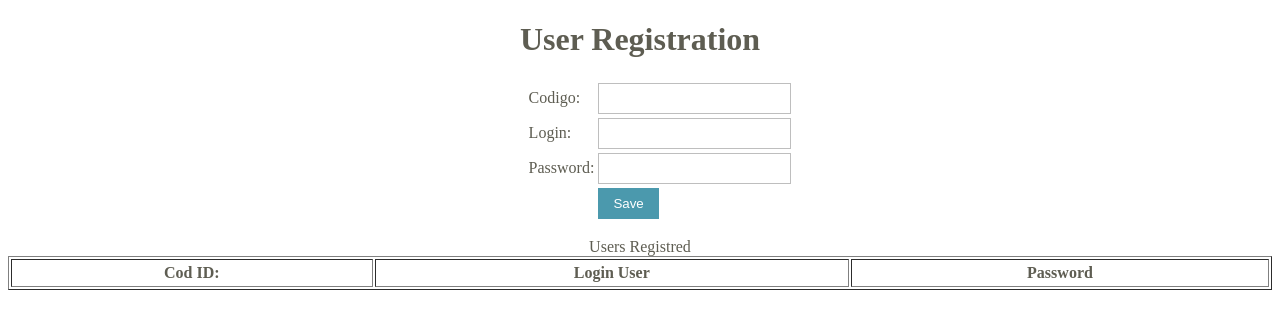
Repository: ViniciusBeletella/project-jsp
Page: http://localhost/project-jsp/userRegistration.jsp
The author's editor kept a copy of each file at every save. The page is drawn from the files as they stood at one save, then again after the next save.
The browser window is 1280 px wide. The pictures show the whole page.
The page is served by Tomcat 9. Other server files are loaded and not shown.

Above is the page before, as saved 2019-12-20 23:42:15.

### project-jsp/WebContent/userRegistration.jsp
<%@ page language="java" contentType="text/html; charset=UTF-8"
	pageEncoding="UTF-8"%>
<%@ taglib uri="http://java.sun.com/jsp/jstl/core" prefix="c"%>
<!DOCTYPE html>
<html>
<head>
<meta charset="UTF-8">
<title>User Registration</title>
<link rel="stylesheet" href="resources/css/registration.css">
</head>
<body>

	<center>
		<h1>User Registration</h1>
	</center>
	</tr>
	<tr></tr>
	<tr>
		<center>
			<form action="saveUser" method="post">
				<ul class="form-style-1">
					<li>
						<table>
							<tr>
								<td>Codigo:</td>
								<td><input type="text" readonly="readonly" id="id"
									name="id" value="${user.id}"></td>
							</tr>
							<tr>
								<td>Login:</td>
								<td><input type="text" id="login" name="login"
									value="${user.login}"></td>
							</tr>

							<tr>
								<td>Password:</td>
								<td><input type="password" id="password" name="password"
									value="${user.password}"></td>
							</tr>
							<tr>
								<td></td>
								<td><input type="submit" value="Save"></td>
							</tr>
						</table>
					</li>
				</ul>
			</form>
		</center>

		<table border="1" width="100%" height="100%" cellpadding="4">
				<caption>Users Registred</caption>
				<tr>
				<th>Cod ID:</th>
				<th>Login User</th>
				<th>Password</th>
			</tr>
			<c:forEach items="${users}" var="userL">
				<tr>
					<td style="width: 150px"><c:out value="${userL.id}"></c:out></td>
					<td style="width: 150px"><c:out value="${userL.login}"></c:out></td>
					<td style="width: 150px"><c:out value="${userL.password}"></c:out></td>
					<td><c:out value="${user.password}"></c:out></td>
					<td><a href="saveUser?acao=delete&user=${userL.login}">Delete</a>
					</td>
					<td><a href="saveUser?acao=edit&user=${userL.login}">Edit</a></td>

				</tr>

			</c:forEach>
		</table>

</body>
</html>

### project-jsp/WebContent/resources/css/registration.css

<style type="text/css">
.form-style-1 {
	margin:10px auto;
	max-width: 400px;
	text-align:center;
	padding: 20px 12px 10px 20px;
	font: 13px "Lucida Sans Unicode", "Lucida Grande", sans-serif;
}
.form-style-1 li {
	padding: 0;
	display: block;
	list-style: none;
	margin: 10px 0 0 0;
}
.form-style-1 label{
	margin:0 0 3px 0;
	padding:0px;
	text-align:center;
	display:block;
	font-weight: bold;
}
.form-style-1 input[type=text],
.form-style-1 input[type=password],
.form-style-1 input[type=date],
.form-style-1 input[type=datetime],
.form-style-1 input[type=number],
.form-style-1 input[type=search],
.form-style-1 input[type=time],
.form-style-1 input[type=url],
.form-style-1 input[type=email],
textarea,
select{
	box-sizing: border-box;
	-webkit-box-sizing: border-box;
	-moz-box-sizing: border-box;
	border:1px solid #BEBEBE;
	padding: 7px;
	margin:0px;
	-webkit-transition: all 0.30s ease-in-out;
	-moz-transition: all 0.30s ease-in-out;
	-ms-transition: all 0.30s ease-in-out;
	-o-transition: all 0.30s ease-in-out;
	outline: none;
}
.form-style-1 input[type=text]:focus,
.form-style-1 input[type=password]:focus,
.form-style-1 input[type=date]:focus,
.form-style-1 input[type=datetime]:focus,
.form-style-1 input[type=number]:focus,
.form-style-1 input[type=search]:focus,
.form-style-1 input[type=time]:focus,
.form-style-1 input[type=url]:focus,
.form-style-1 input[type=email]:focus,
.form-style-1 textarea:focus,
.form-style-1 select:focus{
	-moz-box-shadow: 0 0 8px #88D5E9;
	-webkit-box-shadow: 0 0 8px #88D5E9;
	box-shadow: 0 0 8px #88D5E9;
	border: 1px solid #88D5E9;
}
.form-style-1 .field-divided{
	width: 49%;
}

.form-style-1 .field-long{
	width: 100%;
}
.form-style-1 .field-select{
	width: 100%;
}
.form-style-1 .field-textarea{
	height: 100px;
}
.form-style-1 input[type=submit], .form-style-1 input[type=button]{
	background: #4B99AD;
	padding: 8px 15px 8px 15px;
	border: none;
	color: #fff;
}
.form-style-1 input[type=submit]:hover, .form-style-1 input[type=button]:hover{
	background: #4691A4;
	box-shadow:none;
	-moz-box-shadow:none;
	-webkit-box-shadow:none;
}
.form-style-1 .required{
	color:red;
}
$bp-maggie: 15em;
$bp-lisa: 30em;
$bp-bart: 48em;
$bp-marge: 62em;
$bp-homer: 75em;


* {
 @include box-sizing(border-box);

 &:before,
 &:after {
   @include box-sizing(border-box);
 }
}

body {
  font-family: $helvetica;
  color: rgba(94,93,82,1);
}

a {
  color: rgba(51,122,168,1);

  &:hover,
  &:focus {
    color: rgba(75,138,178,1);
  }
}






.flat-table {
  display: block;
  font-family: sans-serif;
  margin-left: auto;
  margin-right: auto;
  -webkit-font-smoothing: antialiased;
  font-size: 115%;
  overflow: auto;
  width: auto;

  th {
    background-color: rgb(112, 196, 105);
    color: white;
    font-weight: normal;
    padding: 20px 30px;
    text-align: center;
  }
  td {
    background-color: rgb(238, 238, 238);
    color: rgb(111, 111, 111);
    padding: 20px 30px;
  }
}
}

After the next save:
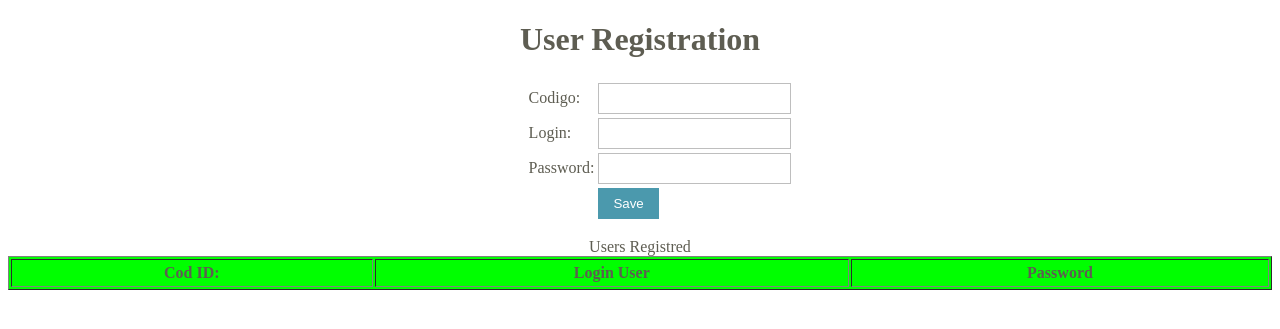
Saved 85 s later.
--- a/project-jsp/WebContent/userRegistration.jsp
+++ b/project-jsp/WebContent/userRegistration.jsp
@@ -47,7 +47,7 @@
 			</form>
 		</center>
 
-		<table border="1" width="100%" height="100%" cellpadding="4">
+		<table border="1" width="100%" height="100%" cellpadding="4"bgcolor="#00FF00">
 				<caption>Users Registred</caption>
 				<tr>
 				<th>Cod ID:</th>
